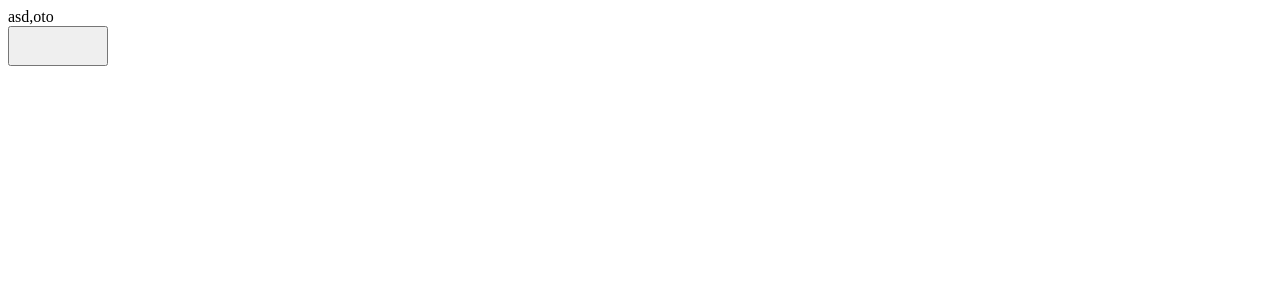
Repository: tung1233hhhhhhhhhhhhh/sadd
Page: index.html
An editor plug-in stored every save of this project. The page is shown before and after the next save, followed by the edit.
The browser window is 1280 px wide. The pictures show the whole page.
After loading, the first visible `button` was clicked once.

Above is the page before, as saved 2023-03-06 20:16:30.

### index.html
<!DOCTYPE html>
<html lang="en">

<head>
    <meta charset="UTF-8">
    <meta http-equiv="X-UA-Compatible" content="IE=edge">
    <meta name="viewport" content="width=device-width, initial-scale=1.0">
    <title>Document</title>
</head>

<body>
    <div id="block"></div>
    <div id="chance"></div>

    <button style="width: 100px;
    height: 40px;" onclick="Mylist()"></button>

</body>
<link rel="stylesheet" href="./index.js">

<script type="text/javascript">

    const cars = new Array("asd", "asdas", "asdas");
    const car = [];
    car[0] = 'asd';
    car[1] = 'oto';

    var x = 10;
    console.log(x);
    // alert("javascript");

    function Mylist() {
        document.getElementById('block').innerHTML = cars;
        document.getElementById('block').innerHTML = car;
    }
</script>

</html>

### index.js
// const btn = document.getElementsByClassName(".block");
const btn = document.querySelector(".block");

// btn = 4 + 5;

After the next save:
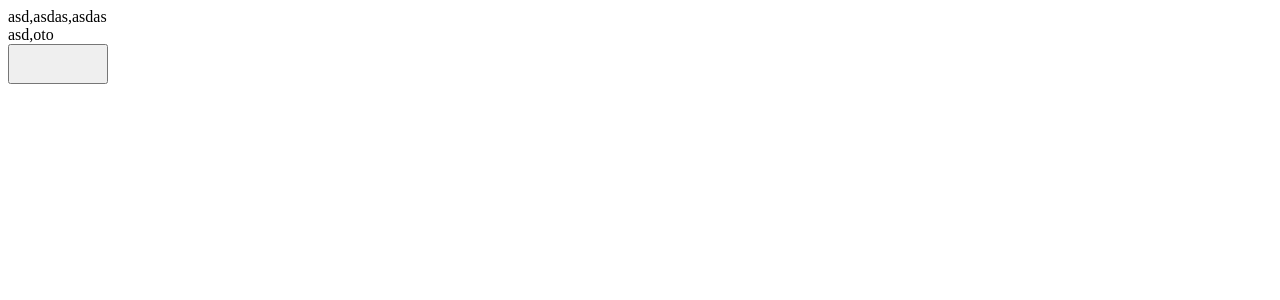
Saved 7 s later.
--- a/index.html
+++ b/index.html
@@ -31,7 +31,7 @@
 
     function Mylist() {
         document.getElementById('block').innerHTML = cars;
-        document.getElementById('block').innerHTML = car;
+        document.getElementById('chance').innerHTML = car;
     }
 </script>
 
